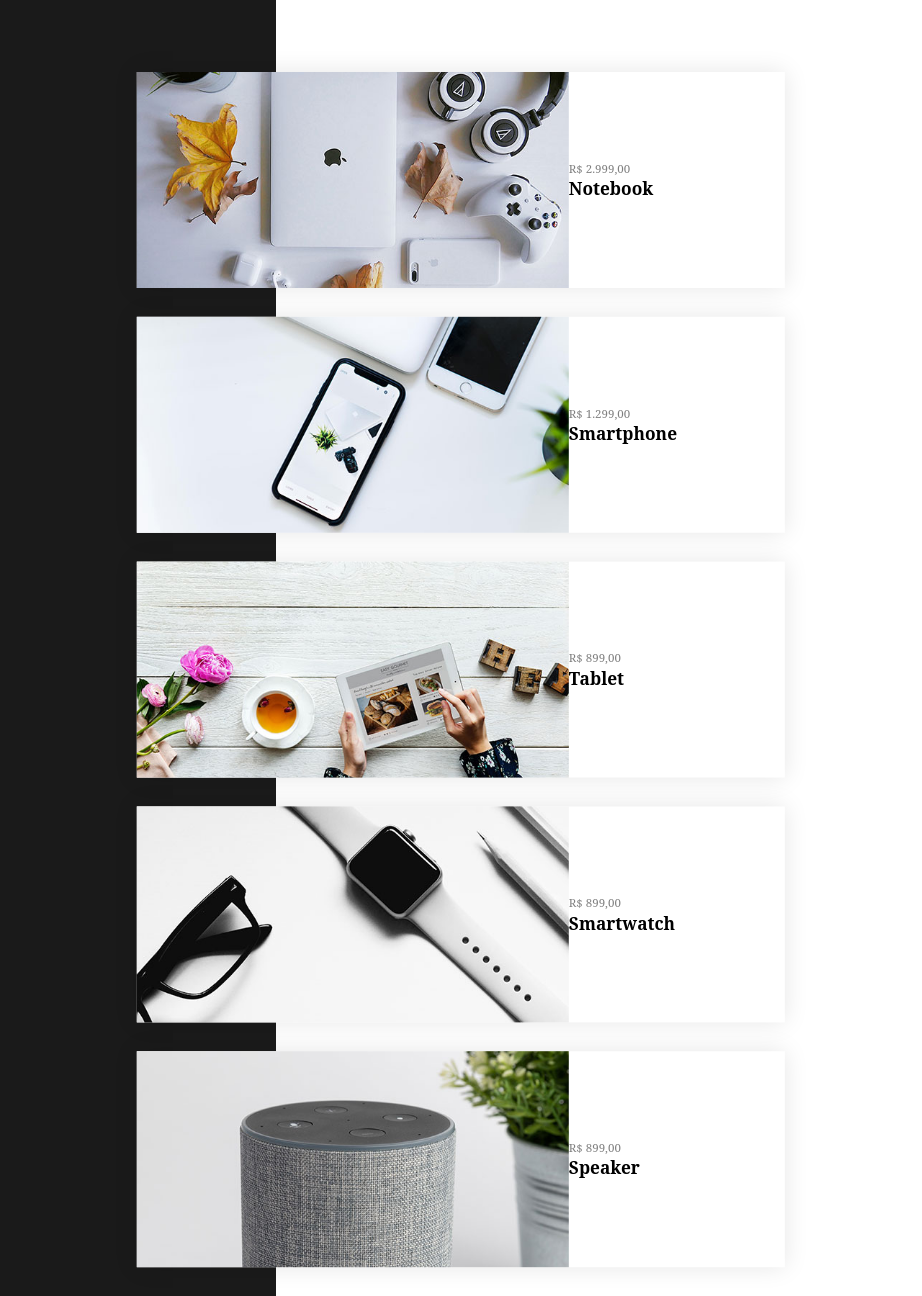
Repository: tomvieir/techno
Page: index.html
The author's editor kept a copy of each file at every save. The page is drawn from the files as they stood at one save, then again after the next save.
The browser window is 1280 px wide. The pictures show the whole page, at 72% of full size.

Above is the page before, as saved 2022-06-23 17:22:54.

After the next save:
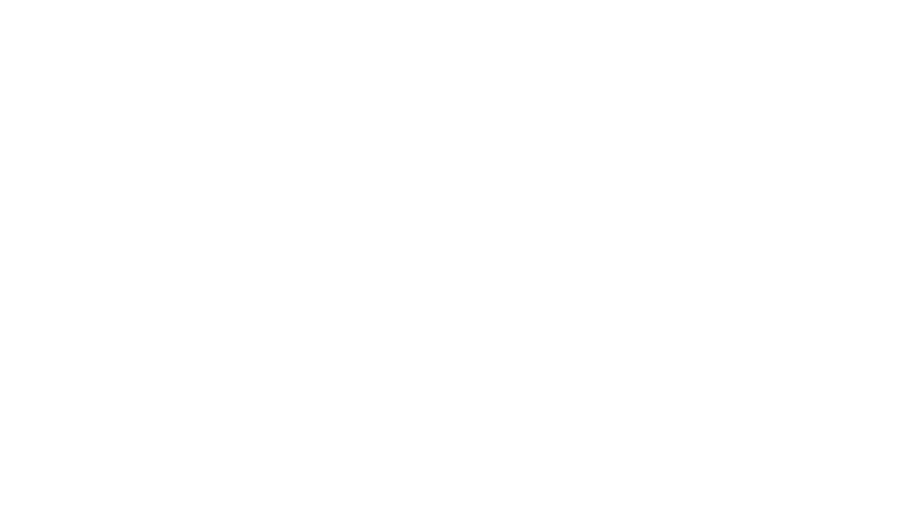
Saved 2 min 7 s later.
--- a/index.html
+++ b/index.html
@@ -15,7 +15,7 @@
 
       <div class="modal_container">
         <div class="modal_img">
-          <img :src="produto.img" alt="">
+          <img :src="produto.img" :alt="">
 
         </div>
 

After the 2 saves that followed:
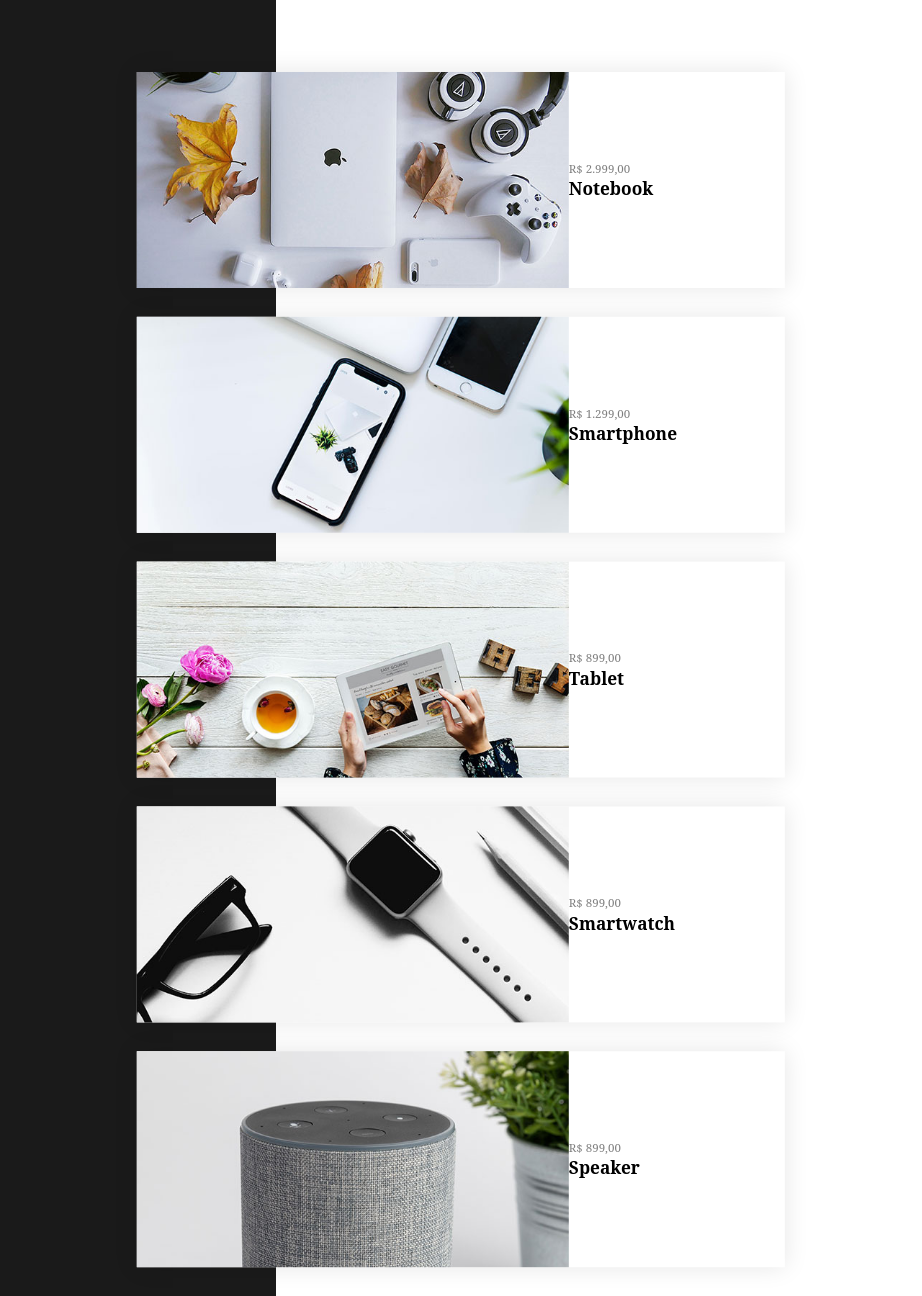
The 2 saves are shown as one change because they came seconds apart.
The last was saved 8 s later.
--- a/index.html
+++ b/index.html
@@ -15,7 +15,7 @@
 
       <div class="modal_container">
         <div class="modal_img">
-          <img :src="produto.img" :alt="">
+          <img :src="produto.img" :alt="produto.nome">
 
         </div>
 
